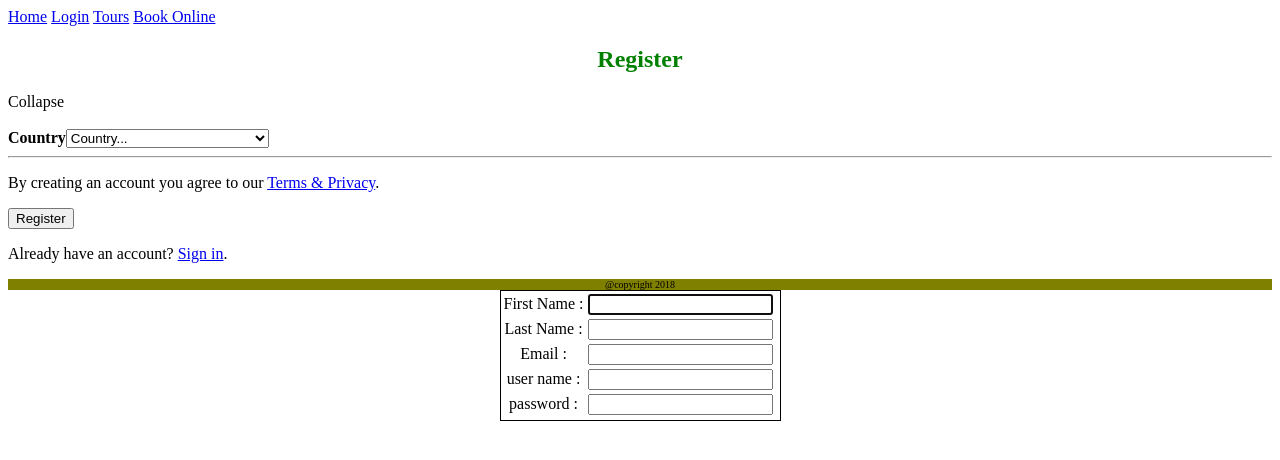
Repository: Rahim89/ANYFT
Page: http://localhost/CaseStudy/WEB-INF/views/registration.jsp
The author's editor kept a copy of each file at every save. The page is drawn from the files as they stood at one save, then again after the next save.
The browser window is 1280 px wide. The pictures show the whole page.
The page is served by Tomcat 9. Nobody is signed in. The template is opened directly, without the code that normally fills it, so the values that code supplies are empty.

Above is the page before, as saved 2018-09-17 19:17:58.

After the next save:
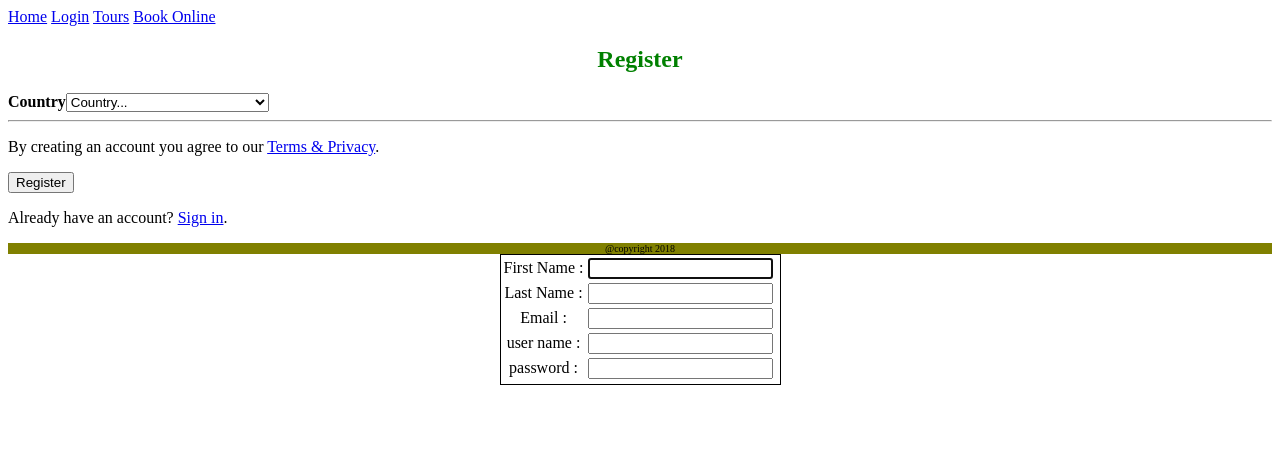
Saved 50 s later.
--- a/CaseStudy/WebContent/WEB-INF/views/registration.jsp
+++ b/CaseStudy/WebContent/WEB-INF/views/registration.jsp
@@ -45,11 +45,6 @@
 		</tr>
 		<tr>
 
-
-
-Collapse
-    <br>
-	<br>
 
     <label for="country"><b>Country</b></label>
     <select name="country" required>
@@ -302,6 +297,7 @@ Collapse
 		<option value="Zambia">Zambia</option>
 		<option value="Zimbabwe">Zimbabwe</option>
 	</select>
+	</tr>
 	<hr>
     <p>By creating an account you agree to our <a href="#">Terms & Privacy</a>.</p>
 
